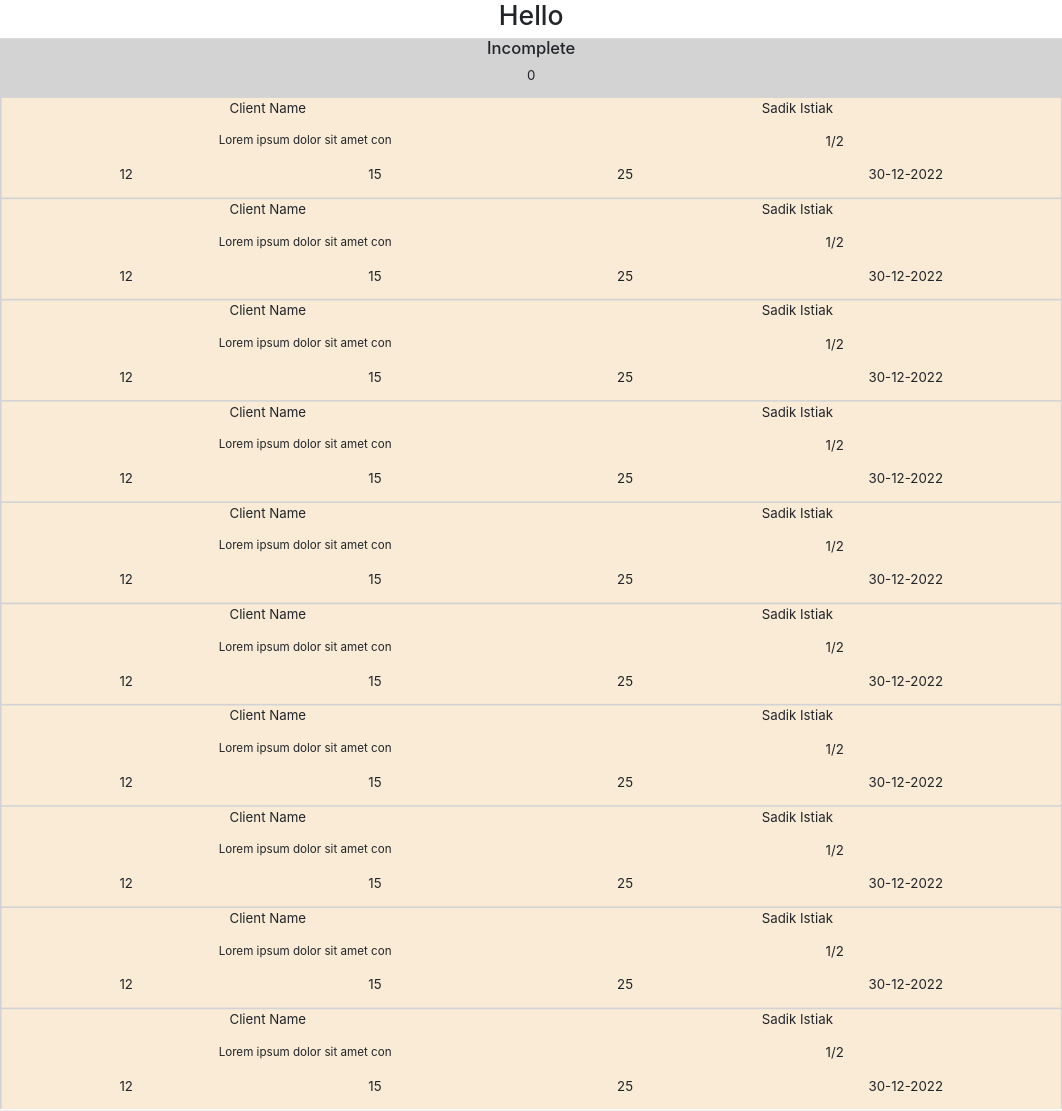
Repository: Sharif-00112/dashboard-task-frontend
Page: /
The author's editor kept a copy of each file at every save. The page is drawn from the files as they stood at one save, then again after the next save.
The browser window is 1280 px wide. The pictures show the whole page, at 83% of full size.
The project was rebuilt for these pictures with package versions that can differ from the ones it lists, and the page was loaded fresh each time.

Above is the page before, as saved 2023-01-27 23:47:47.

After the next save:
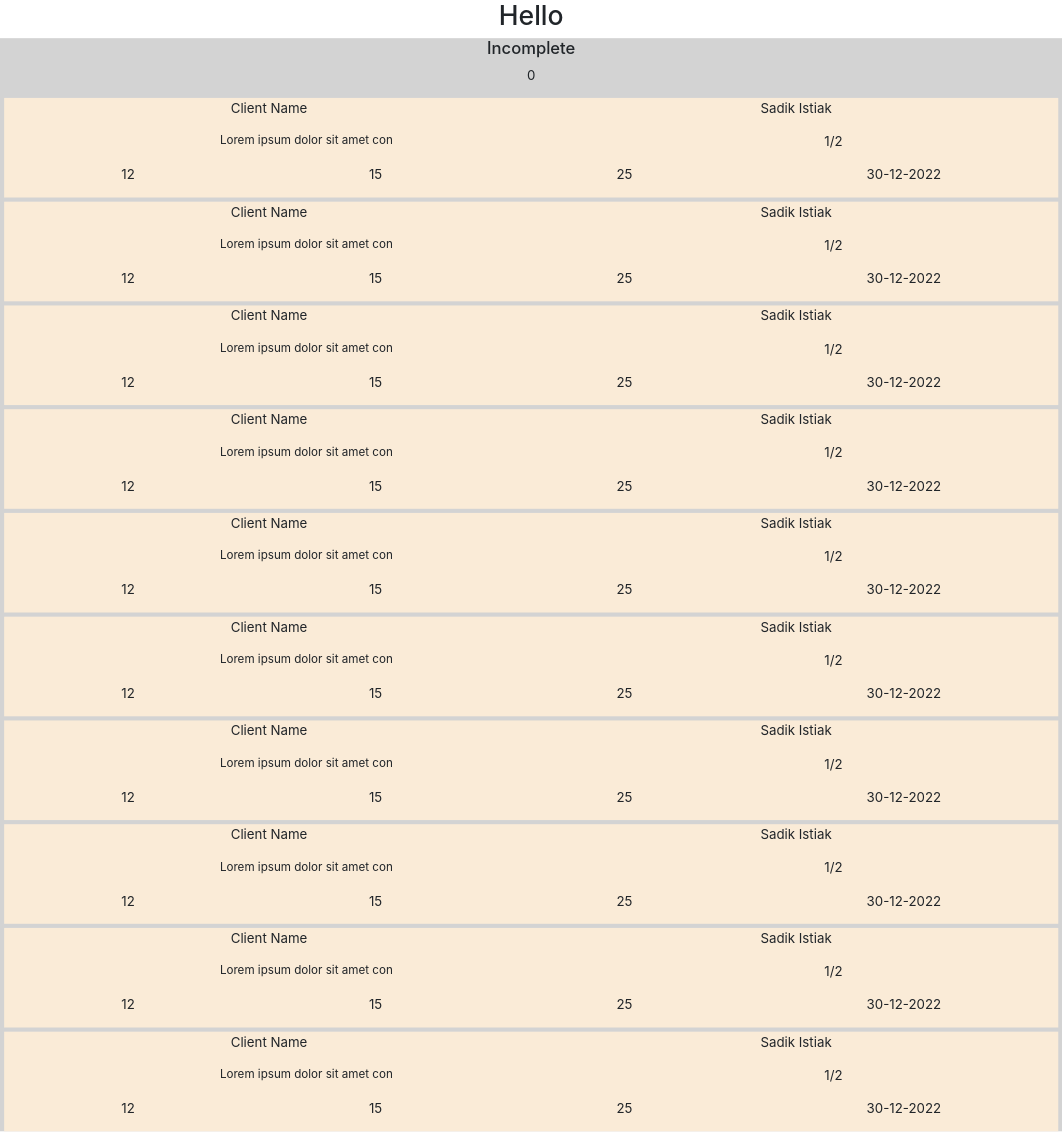
Saved 6 s later.
--- a/src/Components/styles.css
+++ b/src/Components/styles.css
@@ -9,5 +9,5 @@
 
 .task{
     background-color: antiquewhite;
-    margin: 2px;
+    margin: 5px;
 }
